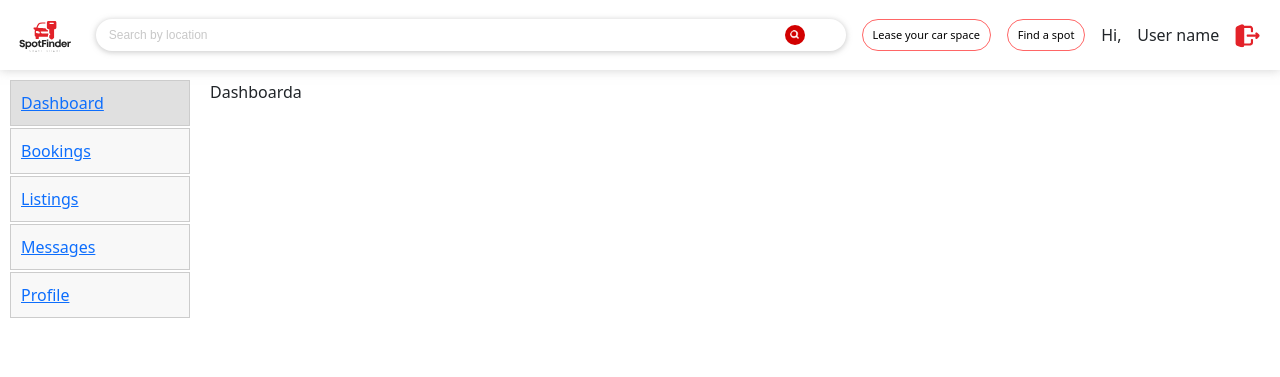
Repository: UNSWSpotFinder/SpotFinder
Page: /dashboard (app in frontend/)
These files come from the project's save history. The page is drawn as it stood at one moment and after a run of saves; the edit follows.
The browser window is 1280 px wide. The pictures show the whole page.
The project was rebuilt for these pictures with package versions that can differ from the ones it lists, and the page was loaded fresh each time. Also part of the build but not shown: frontend/src/Login.css, frontend/src/Login.jsx, frontend/src/Regist.css, frontend/src/Regist.jsx, frontend/src/HomePage.jsx, frontend/src/App.css, frontend/src/components/Bookings.jsx, frontend/src/components/Listings.jsx and 2 more.

Above is the page before, as saved 2024-03-09 20:32:44.

### frontend/src/App.jsx
import logo from './logo.svg';
import React, {
  useState,
  useEffect,
  useRef,
  ChangeEvent,
  LabelHTMLAttributes,
  createContext,
  useContext,
  ReactNode,
} from 'react';
import {HomePageLarge,HomePageAdminSmall,HomePageAdminLarge,HomePageSmall} from './HomePage';
import { ErrorProvider, GlobalSnackbar, ErrorContext } from './API';
import { BrowserRouter, Routes, Route, Link } from 'react-router-dom';
import './App.css';

// 导入Dashboard相关页面组件
import DashboardTop from './components/DashboardTop';
import Dashboard from './components/Dashboard';
import Bookings from './components/Bookings';
import Listings from './components/Listings';
import Profile from './components/Profile';
import Messages from './components/Messages';

function App() {
  const [windowWidth, setWindowWidth] = useState(window.innerWidth);
  useEffect(() => {
    // 添加一个事件监听器，以便在窗口大小改变时更新windowWidth状态
    const handleResize = () => {
      setWindowWidth(window.innerWidth);
    };
    window.addEventListener('resize', handleResize);
    // 清除事件监听器以避免内存泄漏
    return () => {
      window.removeEventListener('resize', handleResize);
    };
  }, []);
  let layoutComponentHost;
  let LayoutComponentHome;
  let LayoutDetail;
  if (windowWidth > 760) {
    layoutComponentHost = null;
    LayoutComponentHome = <HomePageLarge/>;
    LayoutDetail = null;
  } else {
    layoutComponentHost = null;
    LayoutComponentHome = <HomePageSmall/>;;
    LayoutDetail = null;
  }
  return(
    <ErrorProvider>
      <GlobalSnackbar/>
        <BrowserRouter>
          <Routes>
            <Route path="/user/*" element={LayoutComponentHome} />
            {/* DashboardTop作为父路由 */}
            <Route path="/dashboard" element={<DashboardTop />}>
            <Route index element={<Dashboard />} />
            <Route path="bookings" element={<Bookings />} />
            <Route path="listings" element={<Listings />} />
            <Route path="messages" element={<Messages />} />
            <Route path="profile" element={<Profile />} />
          </Route>
            {/* Keep the wildcard route to catch all and render Home */}
            <Route path="/*" element={LayoutComponentHome} />
          </Routes>
        </BrowserRouter>
    </ErrorProvider>
  )
}

export default App;

### frontend/src/API.jsx
import Alert from '@mui/material/Alert';
import Snackbar from '@mui/material/Snackbar';
import Button from '@mui/material/Button';
import Stack from '@mui/material/Stack';
import React, { useState, useEffect, createContext,useContext } from 'react';

import { styled } from '@mui/material';
const port = '8080';
export const meetErrorLog = (error) => {
    console.log(error);
    let errorText = '';
    // switch case to show the error
    switch (error) {
      case 'info':
        errorText = 'Invalid username or password !';
        break;
      case 'access':
        errorText = 'No permission, please log in first!';
        break;
      default:
        errorText = 'Network error! Please try again.';
        break;
    }
    return errorText;
  };
export const ErrorContext = createContext({
    snackbarData: { severity: 'info', message: '1',timestamp: new Date().getTime()},
    setOpenSnackbar: () => {}, // 提供一个空函数避免调用时出错
  });
export const useError = () => useContext(ErrorContext);
export const ErrorProvider = ({ children }) => {
  const [snackbarData, setSnackbarData] = useState({
    severity: 'success',
    message: '',
    timestamp: new Date().getTime()
  });
  const setOpenSnackbar = (data) => {
    setSnackbarData(data);
  };
  return (
    <ErrorContext.Provider value={{snackbarData,setOpenSnackbar}}>
      {children}
    </ErrorContext.Provider>
  );
};
// The message to be displayed in the Snackbar
export const GlobalSnackbar = () => {
const { snackbarData, setOpenSnackbar } = useError();
// State to manage the visibility of the Snackbar
const [open, setOpen] = useState(false);
  useEffect(() => {
    console.log('Alert severity:', snackbarData.severity);
    console.log('Alert :', snackbarData.message);
    if (snackbarData.message) {
      setOpen(true);
    }
  }, [snackbarData.message, snackbarData.timestamp]);

  const handleClose = (event, reason) => {
    if (reason === 'clickaway') {
      return;
    }
    setOpen(false);
  };

return (
    // Snackbar component with automatic hiding and custom styling
    <Snackbar open={open} autoHideDuration={6000} onClose={handleClose}>
        <Alert onClose={handleClose} severity={snackbarData.severity}>
        {snackbarData.message}
        </Alert>
  </Snackbar>
);
};
export const callAPIsendEmailCode = (path,input)=>{
    return new Promise((resolve, reject) =>{
        fetch('http://localhost:'+String(port)+'/'+String(path),{
        method:'POST',
        headers: { 'Content-Type': 'application/json' },
        body:JSON.stringify(input),
        })
        .then((response)=>{
            if(response.ok){
                console.log('success');
                console.log(response);
                return resolve(response);
            }
            else if (response.status===400){
                const errorReason = 'Email not correct!';
                return reject(errorReason);
            }
            else{
                const errorReason = 'There is a problem with the network connection!';
                return reject(errorReason);
            }
        })
        .catch((error)=>{
            console.log(error);
        })
    })

}
export const callAPIverifyEmailCode = (path,input)=>{
    return new Promise((resolve, reject) =>{
        console.log(input);
        console.log('http://localhost:'+String(port)+'/'+String(path));
        fetch('http://localhost:'+String(port)+'/'+String(path),{
        method:'POST',
        headers: { 'Content-Type': 'application/json' },
        body:JSON.stringify(input),
        })
        .then((response)=>{
            if(response.ok){
                console.log('success');
                return resolve(response.json());
            }
            else if (response.status===400){
                const errorReason = 'Incorrect verification code.';
                return reject(errorReason);
            }
            else{
                const errorReason = 'There is a problem with the network connection!';
                return reject(errorReason);
            }
        })
        .catch((error)=>{
            console.log(error);
        })
    })

}
export const callAPIloginUser=(path,input)=>{

}
// 用户注册
export const callAPIRegistUser=(path,input)=>{
     return new Promise((resolve, reject) =>{
        console.log(input);
        console.log('http://localhost:'+String(port)+'/'+String(path));
        fetch('http://localhost:'+String(port)+'/'+String(path),{
        method:'POST',
        headers: { 'Content-Type': 'application/json' },
        body:JSON.stringify(input),
        })
        .then((response)=>{
            if(response.ok){
                console.log('success');
                return resolve(response.json());
            }
            else if (response.status===417){
                const errorReason = 'This email has been registed!';
                return reject(errorReason);
            }
            else{
                const errorReason = 'There is a problem with the network connection!';
                return reject(errorReason);
            }
        })
        .catch((error)=>{
            console.log(error);
        })
    })
}
// 用户登录
export const callAPILoginUser=(path,input)=>{
    return new Promise((resolve, reject) =>{
       console.log(input);
       console.log('http://localhost:'+String(port)+'/'+String(path));
       fetch('http://localhost:'+String(port)+'/'+String(path),{
       method:'POST',
       headers: { 'Content-Type': 'application/json' },
       body:JSON.stringify(input),
       })
       .then((response)=>{
           if(response.ok){
               console.log('success');
               return resolve(response.json());
           }
           else if (response.status===401){
               const errorReason = 'Username does not exist or password is incorrect!';
               return reject(errorReason);
           }
           else{
               const errorReason = 'There is a problem with the network connection!';
               return reject(errorReason);
           }
       })
       .catch((error)=>{
           console.log(error);
       })
   })
}
// 密码修改
export const callAPIResetPwdUser=(path,input)=>{
    return new Promise((resolve, reject) =>{
       console.log(input);
       console.log('http://localhost:'+String(port)+'/'+String(path));
       fetch('http://localhost:'+String(port)+'/'+String(path),{
       method:'POST',
       headers: { 'Content-Type': 'application/json' },
       body:JSON.stringify(input),
       })
       .then((response)=>{
           if(response.ok){
               console.log('success');
               return resolve(response.json());
           }
           else if (response.status===401){
               const errorReason = 'Username does not exist or password is incorrect!';
               return reject(errorReason);
           }
           else{
               const errorReason = 'There is a problem with the network connection!';
               return reject(errorReason);
           }
       })
       .catch((error)=>{
           console.log(error);
       })
   })
}

### frontend/src/components/DashboardTop.jsx
import React from 'react';
import { NavLink, Outlet } from 'react-router-dom';
import './DashboardTop.css';
import '../HomePage.css';

const DashboardTop = () => {
  return (
    <div className="dashboard-top">
      <div className="Navbar">
        {/* Logo图像 */}
        <img src='/img/LOGO.svg' className='Applogo'></img>
        {/* 搜索区域 */}
        <div className='SearchPart'>
          <img className='searchbtn' src='/img/search.png'></img>
          <input className='Searchbar' placeholder='Search by location'></input>
        </div>
        <button className='top-button'>Lease your car space</button>
        <button className='top-button'>Find a spot</button>
        <span>Hi, </span>
        <span>User name </span>
        <button className="button-with-image">
          <img src='/img/SignOut.svg' alt='Sign Out' className='sign-out-img' />
        </button>
      </div>

      {/* Top以下区域 */}
      <div className="content-area">
        {/* 侧边栏 */}
        <div className="side-nav">
          <NavLink to="/dashboard" className={({ isActive }) => isActive ? 'side-nav-spcific active' : 'side-nav-spcific'}>Dashboard</NavLink>
          <NavLink to="/dashboard/bookings" className={({ isActive }) => isActive ? 'side-nav-spcific active' : 'side-nav-spcific'}>Bookings</NavLink>
          <NavLink to="/dashboard/listings" className={({ isActive }) => isActive ? 'side-nav-spcific active' : 'side-nav-spcific'}>Listings</NavLink>
          <NavLink to="/dashboard/messages" className={({ isActive }) => isActive ? 'side-nav-spcific active' : 'side-nav-spcific'}>Messages</NavLink>
          <NavLink to="/dashboard/profile" className={({ isActive }) => isActive ? 'side-nav-spcific active' : 'side-nav-spcific'}>Profile</NavLink>

        </div>
        {/* 主要内容区域 */}
        <div className="main-content">
          <Outlet />
        </div>
      </div>
    </div>
  );
};

export default DashboardTop;

### frontend/src/components/Dashboard.jsx
import React from 'react';
import DashboardTop from './DashboardTop';

const Dashboard = () => {
  // 组件的状态和逻辑

  return (
    <div className='Dashboard'>
      {/* 组件的JSX结构 */}
      Dashboarda
    </div>
  );
}

export default Dashboard;

### frontend/src/HomePage.css
.HomeOverall {
    width: 100%;
    height: 100%;
    margin: 0px;
    padding: 0px;
    display: flex;
    flex-direction: column;
    align-items: center;
}
div.Navbar{
    width: 100%;
    height: 70px;
    margin: 0px 0px 0px 0px;
    padding: 0px 10px 0px 0px;
    display: flex;
    align-items: center;
    justify-content: space-between;
    box-shadow: 0px 0px 10px 0px rgba(164, 164, 164, 0.5);
}
div.SearchPart{
    width: calc(100% - 520px);
    min-width: 200px;
    height: 100%;
    margin: 0px;
    padding: 0px;
    display: flex;
    justify-content: center;
    align-items: center;
    align-content: center;
    flex-direction: row;
}
div.SearchPartsmall{
    width: calc(100% - 320px);
    height: 100%;
    margin: 0px;
    padding: 0px;
    display: flex;
    justify-content: center;
    align-items: center;
    align-content: center;
    flex-direction: row;
}
input.Searchbar{
    width: 100%;
    border-radius: 25px;
    padding-left: 13px;
    height: 45%;
    border: 0px;
    transition: box-shadow 0.3s;
    box-shadow: 0px 1px 5px 1px rgba(170, 170, 170, 0.5);
    position: relative;
    font-size: 12px;
    font-family:Arial, Helvetica, sans-serif;
}
input.Searchbar::placeholder{
    color: rgb(200, 200, 200);
}
img.searchbtn{
    border-radius: 20px;
    width: 20px;
    height: 20px;
    margin: 0px 0px 0px 10px;
    padding: 5px;
    right: 475px;
    position: absolute;
    z-index: 1;
    background-color: rgb(210, 0, 0);
    cursor: pointer;
}
img.searchbtnsmall{
    border-radius: 20px;
    width: 20px;
    height: 20px;
    margin: 0px;
    padding: 5px;
    right: 260px;
    position: absolute;
    z-index: 1;
    background-color: rgb(210, 0, 0);
    cursor: pointer;
}
input.Searchbar:hover{
    box-shadow: 0px 1px 10px 1px rgba(164, 164, 164, 0.5);
}
img.searchbtn:hover + .Searchbar {
    box-shadow: 0px 1px 10px 1px rgba(164, 164, 164, 0.5);
}
img.searchbtnsmall:hover + .Searchbar {
    box-shadow: 0px 1px 10px 1px rgba(164, 164, 164, 0.5);
}
button.newspace{
    border-radius: 30px;
    min-width: 200px;
    max-width: 200px;
    font-weight: bold;
    border: 0px;
    margin-left: 20px;
    height: 50%;
    background-color: rgb(250, 250, 250);
    border: 1px solid rgb(230, 230, 230);
    color: rgb(114, 114, 114);
    transition: 0.3s;
    font-size: 12px;
    cursor: pointer;
}
button.newspace:hover{
    color: rgb(0, 0, 0);
    background-color: rgb(230, 230, 230);
}
div.signwarper{
    margin: 0px 10px 0px 0px;
    height: 100%;
    display: flex;
    align-items: center;
}
button.sign{
    border-radius: 5px;
    width: 100px;
    font-weight: bold;
    border: 0px;
    margin-left:15px;
    height: 50%;
    background-color: rgb(255, 255, 255);
    border: 1px solid rgb(0, 0, 0);
    transition: 0.3s;
    font-size: 12px;
    cursor: pointer;
}
button.sign:hover{
    background-color: rgb(230, 230, 230);
}
input:focus {
    outline: none;
}
img.Applogo{
    height: 100%;
    margin: 0px 0px 0px 10px;
}
p.image-container-title{
    font-weight: 800;
    font-family: Arial;
    position: absolute;
    top: calc(10vw); /* 根据需要调整 */
    left: 5%; /* 根据需要调整 */
    width: 60%;
    color: rgb(0, 0, 0); /* 文字颜色 */
}
p.image-container-title-small{
    font-weight: 800;
    font-size: 20px;
    font-family: Arial;
    position: absolute;
    top: calc(15vw); /* 根据需要调整 */
    left: 5%; /* 根据需要调整 */
    width: 60%;
    color: rgb(0, 0, 0); /* 文字颜色 */
}
p.image-container-sub{
    font-weight: 400;
    font-family: Arial;
    position: absolute;
    left: 5%; /* 根据需要调整 */
    color: rgb(0, 0, 0); /* 文字颜色 */
}
p.image-container-sub-small{
    font-size: 12px;
    font-weight: 400;
    width: 44%;
    top: calc(28vw);
    font-family: Arial;
    position: absolute;
    left: 5%; /* 根据需要调整 */
    color: rgb(0, 0, 0); /* 文字颜色 */
}
p.image-container-txt{
    font-weight: 200;
    font-family: Arial;
    position: absolute;
    left: 5%; /* 根据需要调整 */
    width: 40%;
    color: rgb(0, 0, 0); /* 文字颜色 */
}
p.image-container-txt-small{
    font-size: 12px;
    font-weight: 400;
    width: 40%;
    top: calc(42vw);
    font-weight: 200;
    font-family: Arial;
    position: absolute;
    left: 5%; /* 根据需要调整 */
    color: rgb(0, 0, 0); /* 文字颜色 */
}
@media (max-width: 1200px) {
    p.image-container-sub{
        font-size: 19.0px;
        top: calc(25vw); /* 根据需要调整 */
        width: 45%;
    }
    p.image-container-txt{
        font-size: 20px;
        top: calc(40vw); /* 根据需要调整 */
    }
    p.image-container-title{
        font-size: 30px;
    }
}
@media (min-width: 1200px) {
    p.image-container-sub{
        font-size: 25px;
        width: 40%;
        top: calc(24vw); /* 根据需要调整 */
    }
    p.image-container-txt{
        font-size: 25px;
        top: calc(38vw); /* 根据需要调整 */
    }
    p.image-container-title{
        font-size: 45px;
    }
}

div.FilterPart{
    height: 80px;
    width: 100%;
    padding: 5px;
    background-color: #f9f9f9;
    display: flex;
    justify-content: space-between;
    align-items:center;
}
div.FilterPart-small{
    height: 155px;
    width: 100%;
    background-color: #f9f9f9;
    display: flex;
    flex-direction: column;
    justify-content: space-between;
    padding: 10px 10px 10px 10px;
    border-bottom: 1px solid rgb(238, 238, 238);
}

div.filter-top{
    display: flex;
    align-items: center;
    justify-content: space-between;
}
div.inner-left{
    display: flex;
    flex-direction: column;
    height: 100%;
    margin-right: 20px;
}
select.mglr{
    margin: 0px 5px 0px 0px;
    width: 10%;
    min-width: 130px;
    height: 70%;
    font-size: 12px;
    border-radius: 20px;
}
select.mglr-s{
    margin: 0px 5px 5px 0px;
    width: 10%;
    min-width: 130px;
    font-size: 12px;
    border-radius: 20px;
}
select.mglr-r{
    margin: 0px 5px 0px 0px;
    width: 10%;
    min-width: 90px;
    height: 70%;
    font-size: 12px;
    border-radius: 20px;
}
select.mglr-s-r{
    margin: 0px 5px 0px 0px;
    width: 100px;
    min-width: 90px;
    height: 70%;
    font-size: 12px;
    border-radius: 20px;
}
.popular{
    background-color: white !important;
    color: black !important;
}
div.pricerange{
    display: flex;
    flex-direction: column;
    height: 100%;
    justify-content: center;
    align-items: center;
    padding: 0px;
    margin: 0px;
    margin-left: 5px;
    align-items: center;
}
label.pricerange{
    font-size: 13px;
    font-weight: 500;
    color: black;
    padding: 0px;
}
input.pricerange{
    width: 50px;
    height: 50%;
    font-size: 14px;
    border-radius: 10px;
    border-width: 1px;
    border-style: solid;
    border-color: rgb(0, 0, 0);
    margin: 0px;
    padding: 0px 5px;
}
label.pricerange-s{
    font-size: 15px;
    font-weight: 500;
    color: black;
    padding: 0px 5px 0px 0px;
}
input.pricerange-s{
    height: 60%;
    width: 60%;
    font-size: 16px;
    border-radius: 10px;
    border-width: 1px;
    border-style: solid;
    border-color: rgb(0, 0, 0);
    margin: 0px 5px 0px 0px;
    padding: 0px 5px;
}
.timechoice{
    width: 20%;
    margin: 0px 5px 0px 0px;
}
.timechoice-s{
    margin: 0px 10px;
    width: 40%;
}
div.hflex{
    display: flex;
    height: 100%;
    align-items: center;
}
button.selectcar{
    width: 140px;
    font-size: 10px;
    height: 50px;
    background-color: black;
    color: white;
    font-weight: 500;
    border: 0px;
    border-radius: 10px;
    transition: 0.3s;
    margin-left: 5px;
}
button.selectcar:hover{
    background-color: rgb(55, 55, 55);
    color: rgb(255, 255, 255);
}
div.marginLR{
    display: flex;
    margin: 0px 5px;
    width: 100%;
}
div.ListingPart{
    width: 100%;
    margin-top: 15px;
    margin-bottom: 15px;
    padding: 0px 0px 0px 10px;
    display: flex;
    flex-wrap: wrap;
}
div.SpaceOverall{
    height: 135px;
    box-shadow: 0px 0px 10px 0px rgba(164, 164, 164, 0.5);
    border-radius: 10px;
    display: flex;
    align-items: center;
    padding: 0px 7px;
    margin: 0px 10px 10px 0px;
}

@media (max-width: 800px) {
    div.SpaceOverall{
        width: calc(100vw - 15px);
        min-width: 385px;
    }
}

@media (max-width: 1200px) and (min-width:800px) {
    div.SpaceOverall{
        width: calc(50vw - 15px);
        min-width: 385px;
    }
}

@media (min-width: 1200px) {
    div.SpaceOverall{
        width: calc(33.33vw - 14px);
    }
}

img.spaceimg{
    border-radius: 12px;
    object-fit: cover;
}
div.info{
    height:90%;
    margin-left:10px ;
    width: 100%;
}
p.space-title{
    padding: 0px;
    margin: 0px;
    font-size: 16px;
    color: #555555;
}
p.space-price{
    padding: 0px;
    margin: 0px;
    font-size: 12px;
    margin-top: 4px;
    color: #7F7F7F;
}
p.space-location{
    padding: 0px;
    margin: 0px;
    font-size: 12px;
    margin-top: 2px;
    color: #7F7F7F;
}
p.space-type{
    padding: 0px;
    margin: 0px;
    font-size: 12px;
    margin-top: 2px;
    color: #7F7F7F;
    margin-bottom: 2px;
}
div.order-part{
    display: flex;
    margin-top: 7px;
}
img.order-times{
    width: 20px;
    height: 20px;
}
p.times{
    padding: 0px;
    margin: 0px 0px 0px 3px;
    font-size: 13px;
    color: #7F7F7F;
}
div.right-top{
    display: flex;
    flex-direction: row;
    justify-content: space-between;
    width: 100%;
}
div.right-bottom{
    display: flex;
    flex-direction: row;
    justify-content: space-between;
    width: 100%;
    height: 30px;
    margin-bottom: 5px;
}
div.rate-part{
    display: flex;
    justify-content: center;
}
img.rate-img{
    width: 20px;
    height: 20px;
    margin-right: 2px;
}
p.rate-txt{
    color: #333333;
    font-size: 14px;
    margin: 0px;
    padding: 0px;
}
button.specific-info{
    border: 0px;
    background-color:#E22229;
    border-radius: 5px;
    color: white;
    height: 30px;
    width: 180px;
    font-size: 12px;
    font-weight: 500;
    transition: 0.3s;
    margin: 1px 0px;
}
button.specific-info:hover{
    background-color:#ba191e;
}
div.filter-bottom{
    display: flex;
    align-items: center;
    justify-content: space-between;
}

### frontend/src/components/DashboardTop.css
/* DashboardTop.css */

/* 整体布局 */
.dashboard-top {
    display: flex;
    flex-direction: column;
    height: 100vh; /* 使布局填满整个视口高度 */
  }

/* 顶部导航部分 */
.top-button {
    padding: 7px 10px;
    border: 1px solid #f66;
    border-radius: 25px;
    outline: none;
    background-color: #fff;
    cursor: pointer;
    box-shadow: none;
    transition: box-shadow 0.3s;
    font-size: 11px;
  }

  .top-button:hover {
    box-shadow: 0 0 10px #f66; /* 鼠标悬停时的外部阴影 */
  }

  .top-button:active {
    box-shadow: inset 0 0 10px #f66; /* 点击时的内部阴影 */
  }
  .sign-out-img {
    height: 25px;
    margin-right: 10px;
  }

  .button-with-image {
    background: none; /* 无背景 */
    border: none; /* 无边框 */
    padding: 0; /* 无内边距 */
  }




/* TODO: */
/* Top以下区域，包含侧边导航和主内容区 */
   .content-area {
    display: flex;
    flex-grow: 1; /* 占据剩余空间 */
  }

/* 侧边导航样式 */
  .side-nav {
    display: flex;
    flex-direction: column;
    width: 200px; /* 定宽 */
    height: 50px;
    padding: 10px; /* 内边距 */
  }

  .side-nav-spcific {
    background-color: #f5f5f5; /* 浅色背景 */
    margin-bottom: 2px;
    padding: 10px; /* 内边距 */
    border: 1px solid #cccccc; /* 添加底部边框 */
    background-color: #f8f8f8; /* 初始背景颜色 */
    cursor: pointer; /* 鼠标悬停时变为手形图标 */
    transition: background-color 0.3s, box-shadow 0.3s; /* 过渡动画效果 */
  }
  /* 鼠标悬停时的样式 */
  .side-nav-spcific:hover {
    background-color: #ffffff; /* 悬停时的背景颜色变为白色 */
    box-shadow: 0 0 10px rgba(0, 0, 0, 0.2); /* 悬停时的外部阴影效果 */
  }
  /* 点击时的样式 */
  .side-nav-spcific:active {
    box-shadow: inset 0 0 10px rgba(0, 0, 0, 0.2); /* 点击时的内部阴影效果 */
  }

  /* 当前激活的导航项样式 */
  .side-nav-spcific.active {
    background-color: #e0e0e0; /* 选中项的背景颜色 */
    /* 可以添加更多的样式来区分激活的导航项 */
  }

/* 主内容区域样式 */
  .main-content {
    flex-grow: 1; /* 占据剩余空间 */
    padding: 10px; /* 内边距 */
  }

Loaded but not shown: frontend/public/index.html (common file); frontend/src/index.js (common file); frontend/src/index.css (common file); frontend/src/reportWebVitals.js (common file)

After the next 2 saves:
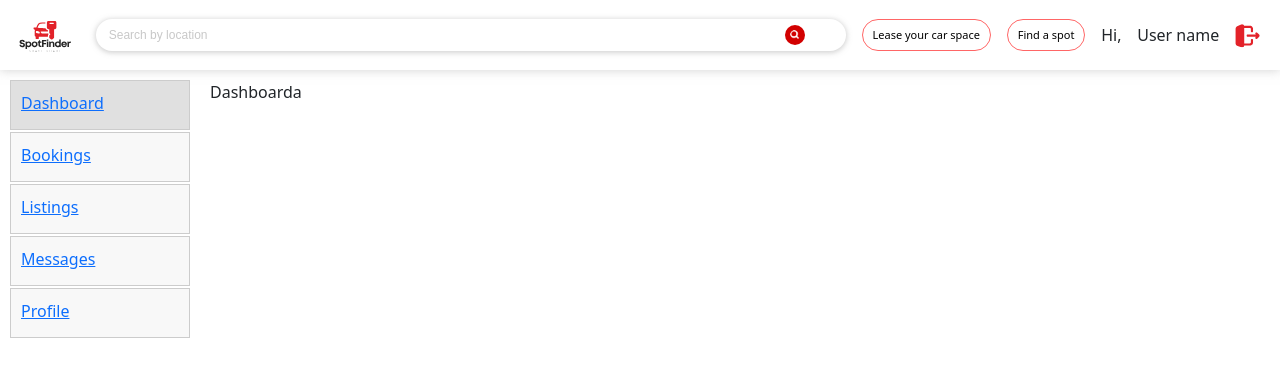
The 2 saves are shown as one change because they came seconds apart.
The last was saved 7 s later.
--- a/frontend/src/components/DashboardTop.css
+++ b/frontend/src/components/DashboardTop.css
@@ -53,12 +53,13 @@
     display: flex;
     flex-direction: column;
     width: 200px; /* 定宽 */
-    height: 50px;
+
     padding: 10px; /* 内边距 */
   }
 
   .side-nav-spcific {
     background-color: #f5f5f5; /* 浅色背景 */
+    height: 50px;
     margin-bottom: 2px;
     padding: 10px; /* 内边距 */
     border: 1px solid #cccccc; /* 添加底部边框 */
